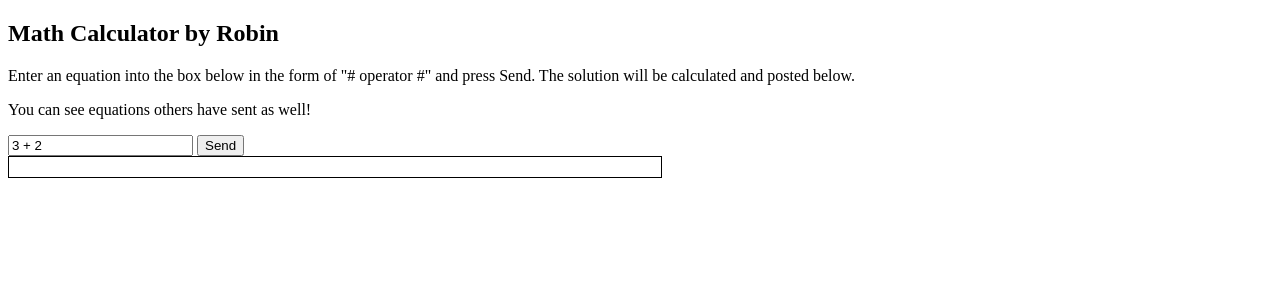
Repository: robinexcalibur/BasicMathServer
Page: EclipseMathWebServer/MathWebServer/WebContent/index.html
These files come from the project's save history. The page is drawn as it stood at one moment and after the next save; the edit follows.
The browser window is 1280 px wide. The pictures show the whole page.
The page's requests for data from a server got no answer.

Above is the page before, as saved 2020-05-27 19:02:13.

After the next save:
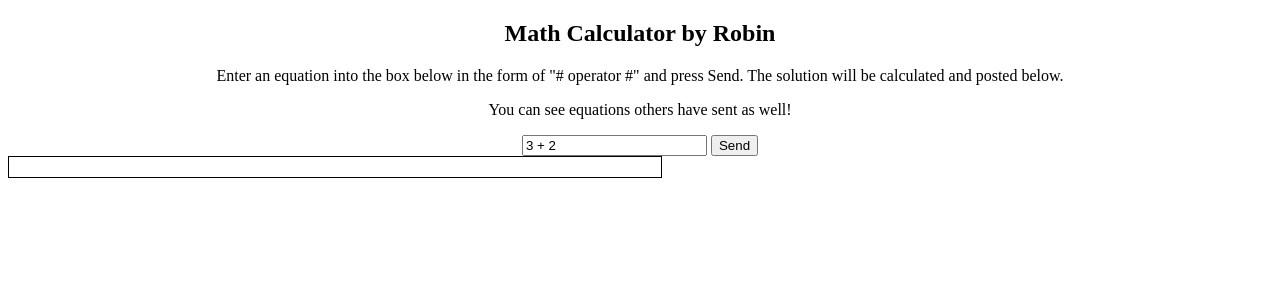
Saved 36 s later.
--- a/EclipseMathWebServer/MathWebServer/WebContent/index.html
+++ b/EclipseMathWebServer/MathWebServer/WebContent/index.html
@@ -33,13 +33,15 @@
 	</script>
 </head>
 <body onload="getEquations()">
-	<h2>Math Calculator by Robin</h2>
-	<p>Enter an equation into the box below in the form of "# operator #" and press Send. The solution will be calculated and posted below.</p>
-	<p>You can see equations others have sent as well!</p>
-	<input id="equation" type="text" name="equation" value="3 + 2">
-	<input type="submit" value="Send" onclick="postEquation()">
+	<div style="text-align: center;">
+		<h2>Math Calculator by Robin</h2>
+		<p>Enter an equation into the box below in the form of "# operator #" and press Send. The solution will be calculated and posted below.</p>
+		<p>You can see equations others have sent as well!</p>
+		<input id="equation" type="text" name="equation" value="3 + 2">
+		<input type="submit" value="Send" onclick="postEquation()">
 
-	<div id="equa" style="padding:10px; border: 1px solid black;width:50%;"></div>
+		<div id="equa" style="padding:10px; border: 1px solid black;width:50%;"></div>
+	</div>
 
 </body>
 </html>
